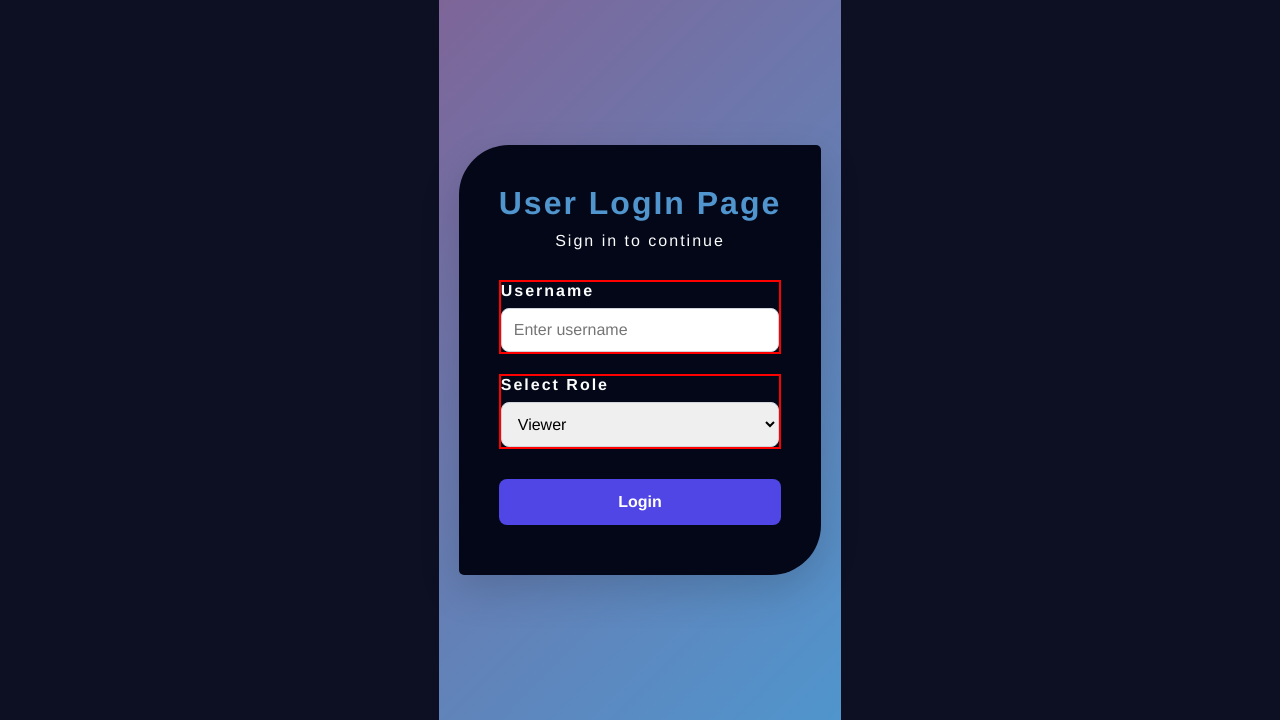
Repository: SolomonChinonso/myUserDashboard
Page: / (app in my-user-dashboard-app/)
The author's editor kept a copy of each file at every save. The page is drawn from the files as they stood at one save, then again after the next save.
The browser window is 1280 px wide. The pictures show the whole page.
The project was rebuilt for these pictures with package versions that can differ from the ones it lists, and the page was loaded fresh each time. Also part of the build but not shown: my-user-dashboard-app/vite.config.ts, my-user-dashboard-app/src/App.css, my-user-dashboard-app/src/pages/Dashboard.tsx, my-user-dashboard-app/src/pages/Profile.tsx, my-user-dashboard-app/src/pages/Settings.tsx, my-user-dashboard-app/src/components/Navbar.tsx, my-user-dashboard-app/src/components/ProtectedRoute.tsx.

Above is the page before, as saved 2026-05-30 14:54:41.

### my-user-dashboard-app/index.html
<!doctype html>
<html lang="en">
  <head>
    <meta charset="UTF-8" />
    <link rel="icon" type="image/svg+xml" href="/favicon.svg" />
    <meta name="viewport" content="width=device-width, initial-scale=1.0" />
    <title>my-user-dashboard-app</title>
  </head>
  <body>
    <div id="root"></div>
    <script type="module" src="/src/main.tsx"></script>
  </body>
</html>

### my-user-dashboard-app/src/main.tsx
import React from "react";
import ReactDOM from "react-dom/client";
import App from "./App";
import { BrowserRouter } from "react-router-dom";
import { AuthProvider } from "./context/AuthProvider"
import "./index.css"


ReactDOM.createRoot(document.getElementById("root")!).render(
  <React.StrictMode>
    <BrowserRouter>
      <AuthProvider>
        <App />
      </AuthProvider>
    </BrowserRouter>
  </React.StrictMode>
);

### my-user-dashboard-app/src/App.tsx
import {
  Routes,
  Route,
  Navigate,
} from "react-router-dom";
import "./App.css"

import Login from "./pages/Login";
import Dashboard from "./pages/Dashboard";
import Profile from "./pages/Profile";
import Settings from "./pages/Settings";

import Navbar from "./components/Navbar";
import ProtectedRoute from "./components/ProtectedRoute";

import { useAuth } from "./hooks/useAuth";

function App() {
  const { user } = useAuth();

  return (
    <div className="app-section">
      {user && <Navbar />}

      <Routes>
        {/* Redirect homepage to login */}
        <Route
          path="/"
          element={<Navigate to="/login" replace />}
        />

        <Route
          path="/login"
          element={<Login />}
        />

        <Route
          path="/dashboard"
          element={
            <ProtectedRoute>
              <Dashboard />
            </ProtectedRoute>
          }
        />

        <Route
          path="/profile"
          element={
            <ProtectedRoute>
              <Profile />
            </ProtectedRoute>
          }
        />

        <Route
          path="/settings"
          element={
            <ProtectedRoute adminOnly>
              <Settings />
            </ProtectedRoute>
          }
        />

        {/* Catch-all route */}
        <Route
          path="*"
          element={<Navigate to="/login" replace />}
        />
      </Routes>
    </div>
  );
}

export default App;

### my-user-dashboard-app/src/context/AuthProvider.tsx
import {
  useState,
  type ReactNode,
} from "react";

import type { User } from "../types/user";

import { AuthContext } from "./AuthContext";

interface AuthProviderProps {
  children: ReactNode;
}

export const AuthProvider = ({
  children,
}: AuthProviderProps) => {
  const [user, setUser] =
    useState<User | null>(null);

  const login = (userData: User) => {
    setUser(userData);
  };

  const logout = () => {
    setUser(null);
  };

  return (
    <AuthContext.Provider
      value={{
        user,
        login,
        logout,
      }}
    >
      {children}
    </AuthContext.Provider>
  );
};

### my-user-dashboard-app/src/index.css
*{
    margin: 0;
    padding: 0;
    font-family: 'Franklin Gothic Medium', 'Arial Narrow', Arial, sans-serif;
    box-sizing: border-box;
}
body{
    display: flex;
    justify-content: center;
    align-items: center;
    letter-spacing: 2px;
    background-color: #0c1022;
}

### my-user-dashboard-app/src/pages/Login.tsx
// import { useState } from "react";
// import { useNavigate } from "react-router-dom";
// import { useAuth } from "../hooks/useAuth";
// import "./Login.css"

// const Login = () => {
//   const [username, setUsername] = useState("");
//   const [role, setRole] = useState("Viewer");

//   const { login } = useAuth();
//   const navigate = useNavigate();

//   const handleLogin = () => {
//     login({
//       username,
//       role: role as "Admin" | "Editor" | "Viewer",
//     });

//     navigate("/dashboard");
//   };

//   return (
//     <div className="login-page">
//       <h1>Login</h1>

//       <input
//         type="text"
//         placeholder="Username"
//         value={username}
//         onChange={(e) => setUsername(e.target.value)}
//       />

//       <select
//         value={role}
//         onChange={(e) => setRole(e.target.value)}
//       >
//         <option>Admin</option>
//         <option>Editor</option>
//         <option>Viewer</option>
//       </select>

//       <button onClick={handleLogin}>
//         Login
//       </button>
//     </div>
//   );
// };

// export default Login;
import { useState } from "react";
import { useNavigate } from "react-router-dom";
import { useAuth } from "../hooks/useAuth";
import "./Login.css";

const Login = () => {
  const [username, setUsername] = useState("");
  const [role, setRole] = useState("Viewer");

  const { login } = useAuth();
  const navigate = useNavigate();

  const handleLogin = () => {
    login({
      username,
      role: role as "Admin" | "Editor" | "Viewer",
    });

    navigate("/dashboard");
  };

  return (
    <div className="login-page">
      <div className="login-card">
        <h1>User LogIn Page</h1>
        <p className="subtitle">
          Sign in to continue
        </p>

        <div className="form-group">
          <label>Username</label>
          <input
            type="text"
            placeholder="Enter username"
            value={username}
            onChange={(e) =>
              setUsername(e.target.value)
            }
          />
        </div>

        <div className="form-group">
          <label>Select Role</label>
          <select
            value={role}
            onChange={(e) =>
              setRole(e.target.value)
            }
          >
            <option>Admin</option>
            <option>Editor</option>
            <option>Viewer</option>
          </select>
        </div>

        <button
          className="login-btn"
          onClick={handleLogin}
        >
          Login
        </button>
      </div>
    </div>
  );
};

export default Login;

### my-user-dashboard-app/src/hooks/useAuth.ts
import { useContext } from "react";

import { AuthContext } from "../context/AuthContext";

export const useAuth = () => {
  const context = useContext(AuthContext);

  if (!context) {
    throw new Error(
      "useAuth must be used inside AuthProvider"
    );
  }

  return context;
};

### my-user-dashboard-app/src/context/AuthContext.ts
import { createContext } from "react";

import type { User } from "../types/user";

export interface AuthContextType {
  user: User | null;
  login: (user: User) => void;
  logout: () => void;
}
export const AuthContext =
  createContext<AuthContextType | null>(null);

### my-user-dashboard-app/src/pages/Login.css
/* Full page layout */
.login-page {
  min-height: 100vh;
  display: flex;
  justify-content: center;
  align-items: center;

  background: linear-gradient(
    135deg,
    #7e6598,
    #5095cd
  );

  padding: 20px;
}

/* Login card */
.login-card {
  width: 100%;
  max-width: 400px;
  height: 70%;
  background: #040717;
  padding: 40px;
  border-radius: 50px 5px;
  display: flex;
  flex-direction: column;
  justify-content: center;
  align-items: center;
  box-shadow: 0 15px 40px
    rgba(0, 0, 0, 0.15);

  text-align: center;
}

/* Heading */
.login-card h1 {
  margin-bottom: 10px;
  color: #5095cd;
}

.subtitle {
  color: #fafcfe;
  margin-bottom: 30px;
}

/* Form group */
.form-group {
    border: 2px solid red;
    width: 100%;
  display: flex;
  flex-direction: column;
  text-align: left;
  margin-bottom: 20px;
}

.form-group label {
  margin-bottom: 8px;
  font-weight: 600;
  color: #fbfcfe;
}

/* Inputs */
.form-group input,
.form-group select {
  padding: 12px;
  border: 1px solid #d1d5db;
  border-radius: 8px;

  font-size: 16px;
  outline: none;

  transition: 0.3s ease;
}

.form-group input:focus,
.form-group select:focus {
  border-color: #4f46e5;
  box-shadow: 0 0 0 3px
    rgba(79, 70, 229, 0.15);
}

/* Button */
.login-btn {
  width: 100%;
  padding: 14px;

  border: none;
  border-radius: 8px;

  background: #4f46e5;
  color: white;

  font-size: 16px;
  font-weight: bold;

  cursor: pointer;
  transition: 0.3s ease;
}

.login-btn:hover {
  background: #4338ca;
  transform: translateY(-2px);
}

### my-user-dashboard-app/src/components/Navbar.css
nav{
    background-color: rgb(154, 195, 231);
    display: flex;
    justify-content: space-between;
    align-items: center;
    margin: 20px;
    padding: 30px;
    max-width: 100vw;
    border-radius: 50px;

}
.links{
    display: flex;
    gap: 20px;

}
a{
    font-family: Arial, Helvetica, sans-serif;
    text-decoration: none;
    color: rgb(4, 4, 21);

}
button{
    font-size: 1rem;
    color: #4d4894;
    padding: 5px 20px;
    margin: 10px;
    border: 2px solid #0ff;
    border-radius: 50px;
    background: transparent;
    cursor: pointer;
    transition: 0.3s ease-in-out;
}
span{
    order: -1;
    background: white;
    color: rgb(22, 24, 86);
}

After the next save:
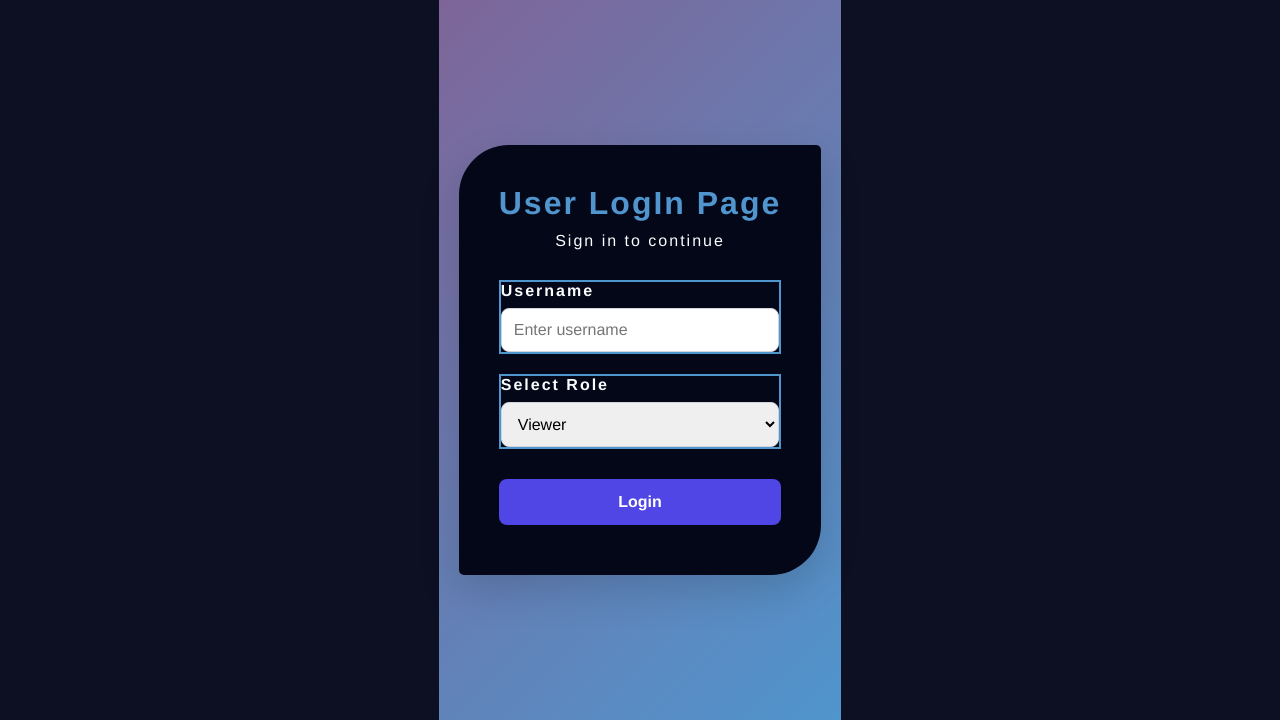
Saved 27 s later.
--- a/my-user-dashboard-app/src/pages/Login.css
+++ b/my-user-dashboard-app/src/pages/Login.css
@@ -45,7 +45,7 @@
 
 /* Form group */
 .form-group {
-    border: 2px solid red;
+    border: 2px solid #5095cd;
     width: 100%;
   display: flex;
   flex-direction: column;
